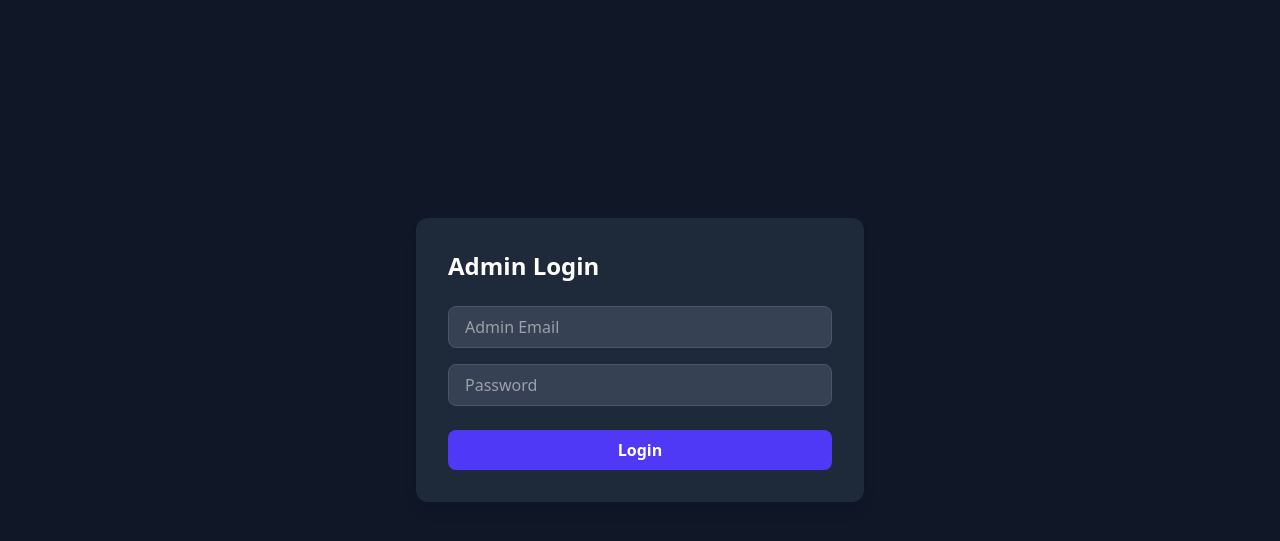
Repository: pravin-8859/ROADSRISER-APP
Page: /admin/login (app in admin/)
These files come from the project's save history. The page is drawn as it stood at one moment and after the next save; the edit follows.
The browser window is 1280 px wide. The pictures show the whole page.
The project was rebuilt for these pictures with package versions that can differ from the ones it lists, and the page was loaded fresh each time. Also part of the build but not shown: admin/vite.config.js, admin/src/components/LineChart.jsx, admin/src/components/BarChart.jsx, admin/src/pages/AdminDashboard.jsx, admin/src/components/ProtectedRoute.jsx, admin/src/pages/UsersPage.jsx, admin/src/pages/MechanicsPage.jsx.

Above is the page before, as saved 2025-11-28 01:31:24.

After the next save:
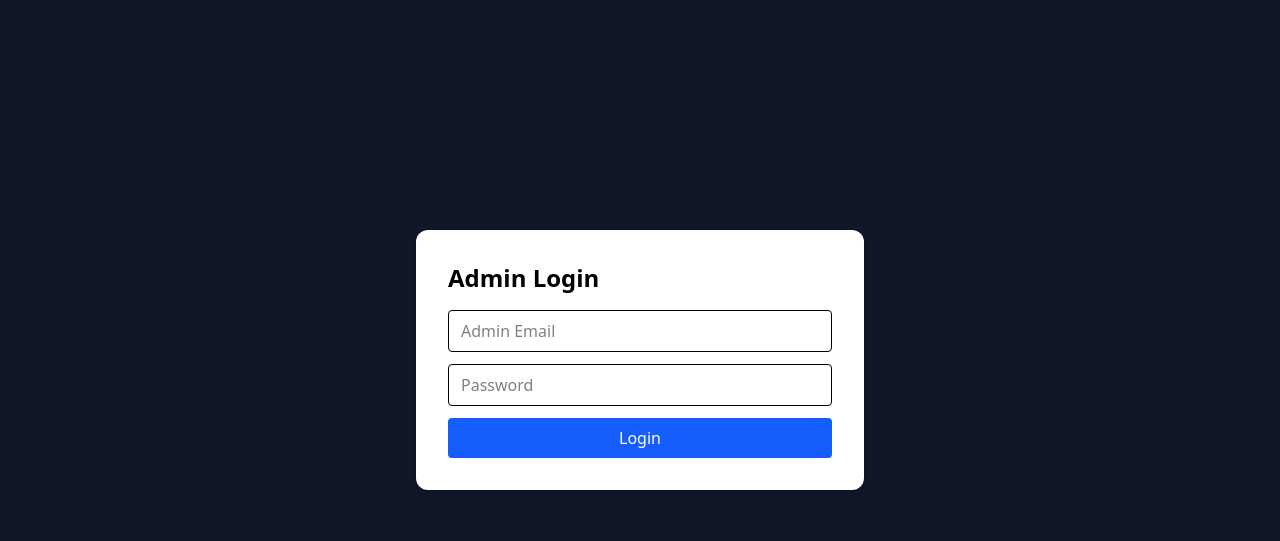
Saved 42 s later.
--- a/admin/src/pages/AdminLogin.jsx
+++ b/admin/src/pages/AdminLogin.jsx
@@ -1,33 +1,75 @@
-import { useState } from "react";
+import React, { useState } from "react";
+import api from "../services/api";
+import { useNavigate } from "react-router-dom";
 
 export default function AdminLogin() {
-  const [email, setEmail] = useState("");
-  const [password, setPassword] = useState("");
+  const navigate = useNavigate();
+
+  const [form, setForm] = useState({
+    email: "",
+    password: ""
+  });
+
+  const [message, setMessage] = useState("");
+
+  const handleLogin = async (e) => {
+    e.preventDefault();
+    setMessage("");
+
+    try {
+      const res = await api.post("/admin/login", form);
+
+      // Save token + role
+      localStorage.setItem("adminToken", res.data.token);
+      localStorage.setItem("role", "admin");
+
+      // Redirect to dashboard
+      navigate("/dashboard");
+    } catch (err) {
+      setMessage(err.response?.data?.message || "Login failed");
+    }
+  };
 
   return (
-    <div className="min-h-screen bg-gray-900 flex items-center justify-center px-4">
-      <div className="bg-gray-800 p-8 rounded-xl shadow-lg w-full max-w-md">
-        <h2 className="text-2xl font-bold text-white mb-6">Admin Login</h2>
+    <div className="min-h-screen flex items-center justify-center bg-gray-900">
+      <div className="bg-white p-8 rounded-xl shadow-md w-full max-w-md">
 
-        <input
-          type="email"
-          placeholder="Admin Email"
-          value={email}
-          onChange={(e) => setEmail(e.target.value)}
-          className="w-full mb-4 px-4 py-2 rounded-lg bg-gray-700 text-white border border-gray-600 focus:ring-2 focus:ring-indigo-400 outline-none"
-        />
+        <h1 className="text-2xl font-bold mb-4">Admin Login</h1>
 
-        <input
-          type="password"
-          placeholder="Password"
-          value={password}
-          onChange={(e) => setPassword(e.target.value)}
-          className="w-full mb-6 px-4 py-2 rounded-lg bg-gray-700 text-white border border-gray-600 focus:ring-2 focus:ring-indigo-400 outline-none"
-        />
+        {message && (
+          <div className="bg-red-100 text-red-700 p-2 rounded mb-3">
+            {message}
+          </div>
+        )}
 
-        <button className="w-full py-2 bg-indigo-600 hover:bg-indigo-500 text-white rounded-lg font-semibold transition">
-          Login
-        </button>
+        <form onSubmit={handleLogin} className="space-y-3">
+          <input
+            type="email"
+            placeholder="Admin Email"
+            className="w-full px-3 py-2 rounded border"
+            value={form.email}
+            onChange={(e) =>
+              setForm({ ...form, email: e.target.value })
+            }
+          />
+
+          <input
+            type="password"
+            placeholder="Password"
+            className="w-full px-3 py-2 rounded border"
+            value={form.password}
+            onChange={(e) =>
+              setForm({ ...form, password: e.target.value })
+            }
+          />
+
+          <button
+            type="submit"
+            className="w-full py-2 bg-blue-600 text-white rounded hover:bg-blue-700"
+          >
+            Login
+          </button>
+        </form>
       </div>
     </div>
   );
